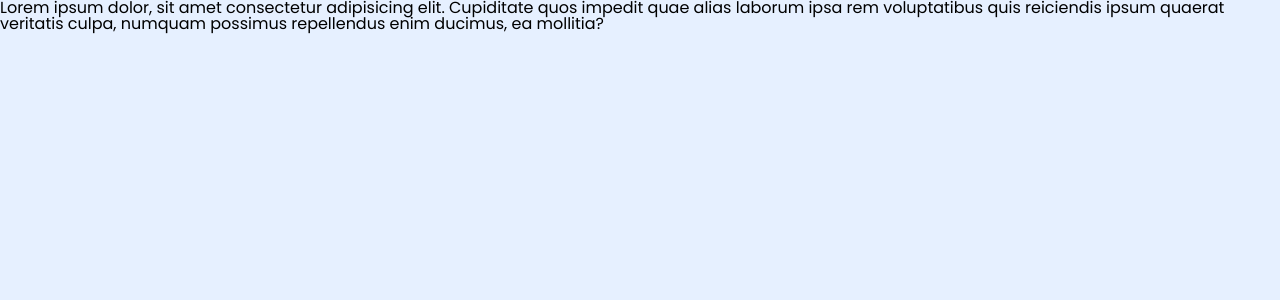
Repository: Tran-Dat/f8-htmlcss-01
Page: index.html
The author's editor kept a copy of each file at every save. The page is drawn from the files as they stood at one save, then again after the next save.
The browser window is 1280 px wide. The pictures show the whole page.

Above is the page before, as saved 2023-03-08 16:41:34.

### index.html
<!DOCTYPE html>
<html lang="en">
    <head>
        <meta charset="UTF-8" />
        <meta http-equiv="X-UA-Compatible" content="IE=edge" />
        <meta name="viewport" content="width=device-width, initial-scale=1.0" />
        <title>F8 Project 01</title>
        <link rel="stylesheet" href="./assets/css/reset.css" />
        <link rel="stylesheet" href="./assets/fonts/stylesheet.css" />
        <link rel="stylesheet" href="./assets/css/styles.css" />
    </head>
    <body>
        <main>
            <!-- Header -->
            <header class="header">
                <div class="content">
                    Lorem ipsum dolor, sit amet consectetur adipisicing elit.
                    Cupiditate quos impedit quae alias laborum ipsa rem
                    voluptatibus quis reiciendis ipsum quaerat veritatis culpa,
                    numquam possimus repellendus enim ducimus, ea mollitia?
                </div>
            </header>
        </main>
    </body>
</html>

### assets/fonts/stylesheet.css
/* ==================================== Poppins================================= */
@font-face {
    font-family: "Poppins";
    src: url("Poppins/Poppins-BlackItalic.woff2") format("woff2"),
        url("Poppins/Poppins-BlackItalic.woff") format("woff");
    font-weight: 900;
    font-style: italic;
    font-display: swap;
}

@font-face {
    font-family: "Poppins";
    src: url("Poppins/Poppins-Bold.woff2") format("woff2"),
        url("Poppins/Poppins-Bold.woff") format("woff");
    font-weight: bold;
    font-style: normal;
    font-display: swap;
}

@font-face {
    font-family: "Poppins";
    src: url("Poppins/Poppins-Black.woff2") format("woff2"),
        url("Poppins/Poppins-Black.woff") format("woff");
    font-weight: 900;
    font-style: normal;
    font-display: swap;
}

@font-face {
    font-family: "Poppins";
    src: url("Poppins/Poppins-ExtraBold.woff2") format("woff2"),
        url("Poppins/Poppins-ExtraBold.woff") format("woff");
    font-weight: bold;
    font-style: normal;
    font-display: swap;
}

@font-face {
    font-family: "Poppins";
    src: url("Poppins/Poppins-BoldItalic.woff2") format("woff2"),
        url("Poppins/Poppins-BoldItalic.woff") format("woff");
    font-weight: bold;
    font-style: italic;
    font-display: swap;
}

@font-face {
    font-family: "Poppins";
    src: url("Poppins/Poppins-ExtraLight.woff2") format("woff2"),
        url("Poppins/Poppins-ExtraLight.woff") format("woff");
    font-weight: 200;
    font-style: normal;
    font-display: swap;
}

@font-face {
    font-family: "Poppins";
    src: url("Poppins/Poppins-ExtraBoldItalic.woff2") format("woff2"),
        url("Poppins/Poppins-ExtraBoldItalic.woff") format("woff");
    font-weight: bold;
    font-style: italic;
    font-display: swap;
}

@font-face {
    font-family: "Poppins";
    src: url("Poppins/Poppins-ExtraLightItalic.woff2") format("woff2"),
        url("Poppins/Poppins-ExtraLightItalic.woff") format("woff");
    font-weight: 200;
    font-style: italic;
    font-display: swap;
}

@font-face {
    font-family: "Poppins";
    src: url("Poppins/Poppins-Light.woff2") format("woff2"),
        url("Poppins/Poppins-Light.woff") format("woff");
    font-weight: 300;
    font-style: normal;
    font-display: swap;
}

@font-face {
    font-family: "Poppins";
    src: url("Poppins/Poppins-Italic.woff2") format("woff2"),
        url("Poppins/Poppins-Italic.woff") format("woff");
    font-weight: normal;
    font-style: italic;
    font-display: swap;
}

@font-face {
    font-family: "Poppins";
    src: url("Poppins/Poppins-LightItalic.woff2") format("woff2"),
        url("Poppins/Poppins-LightItalic.woff") format("woff");
    font-weight: 300;
    font-style: italic;
    font-display: swap;
}

@font-face {
    font-family: "Poppins";
    src: url("Poppins/Poppins-Medium.woff2") format("woff2"),
        url("Poppins/Poppins-Medium.woff") format("woff");
    font-weight: 500;
    font-style: normal;
    font-display: swap;
}

@font-face {
    font-family: "Poppins";
    src: url("Poppins/Poppins-Regular.woff2") format("woff2"),
        url("Poppins/Poppins-Regular.woff") format("woff");
    font-weight: normal;
    font-style: normal;
    font-display: swap;
}

@font-face {
    font-family: "Poppins";
    src: url("Poppins/Poppins-SemiBold.woff2") format("woff2"),
        url("Poppins/Poppins-SemiBold.woff") format("woff");
    font-weight: 600;
    font-style: normal;
    font-display: swap;
}

@font-face {
    font-family: "Poppins";
    src: url("Poppins/Poppins-MediumItalic.woff2") format("woff2"),
        url("Poppins/Poppins-MediumItalic.woff") format("woff");
    font-weight: 500;
    font-style: italic;
    font-display: swap;
}

@font-face {
    font-family: "Poppins";
    src: url("Poppins/Poppins-SemiBoldItalic.woff2") format("woff2"),
        url("Poppins/Poppins-SemiBoldItalic.woff") format("woff");
    font-weight: 600;
    font-style: italic;
    font-display: swap;
}

@font-face {
    font-family: "Poppins";
    src: url("Poppins/Poppins-Thin.woff2") format("woff2"),
        url("Poppins/Poppins-Thin.woff") format("woff");
    font-weight: 100;
    font-style: normal;
    font-display: swap;
}

@font-face {
    font-family: "Poppins";
    src: url("Poppins/Poppins-ThinItalic.woff2") format("woff2"),
        url("Poppins/Poppins-ThinItalic.woff") format("woff");
    font-weight: 100;
    font-style: italic;
    font-display: swap;
}
/* ==================================== Poppins================================= */

### assets/css/styles.css
* {
    box-sizing: border-box;
}

html {
    font-size: 62.5%;
}

body {
    font-size: 1.6rem;
    font-family: "Poppins";
}

/* Header */
.header {
    height: 100vh;
    background: #e6f0ff;
}

Loaded but not shown: assets/css/reset.css (common file)

After the next save:
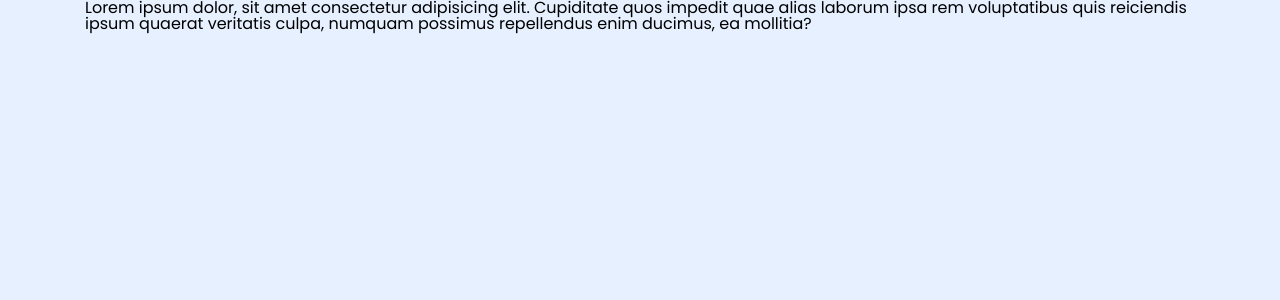
Saved 71 s later.
--- a/assets/css/styles.css
+++ b/assets/css/styles.css
@@ -11,6 +11,13 @@ body {
     font-family: "Poppins";
 }
 
+/* Common */
+.content {
+    width: 1110px;
+    margin-left: auto;
+    margin-right: auto;
+}
+
 /* Header */
 .header {
     height: 100vh;
